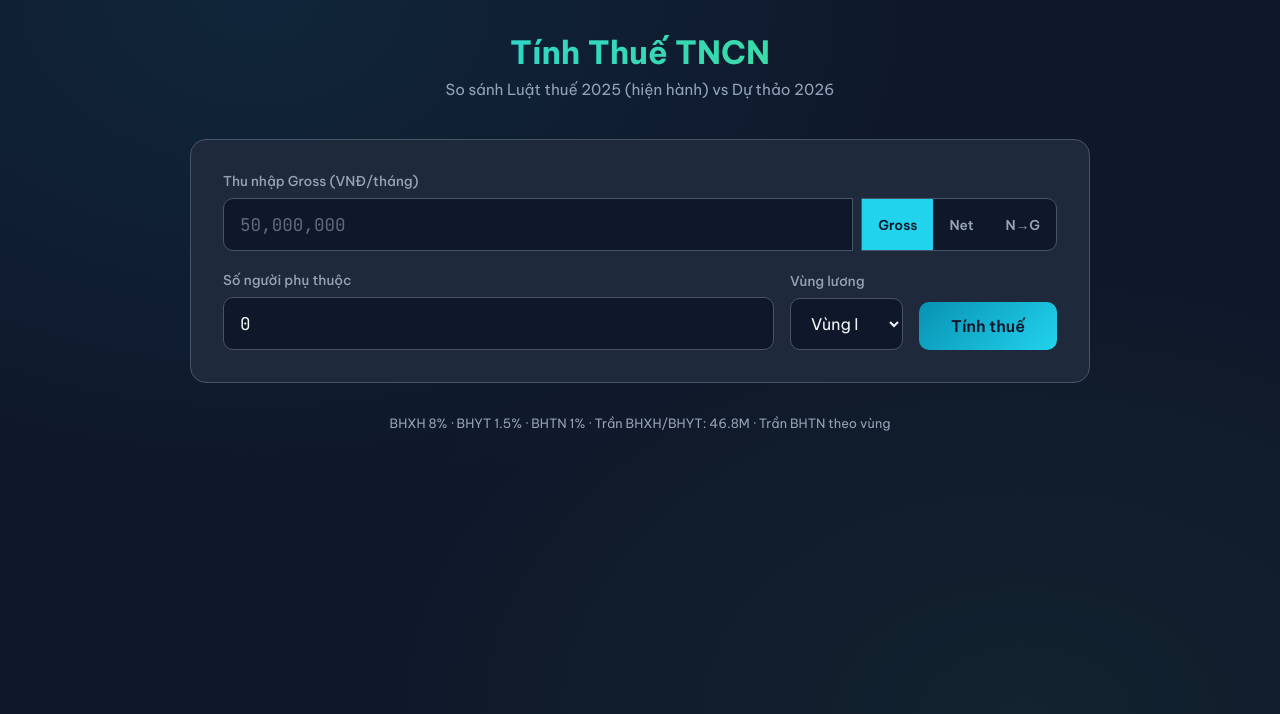
Repository: ph4n4n/vietnam-PIT
Page: index.html
These files come from the project's save history. The page is drawn as it stood at one moment and after the next save; the edit follows.
The browser window is 1280 px wide. The pictures show the whole page.

Above is the page before, as saved 2025-12-10 12:11:51.
Console error: TypeError: Cannot read properties of null (reading 'appendChild')

After the next save:
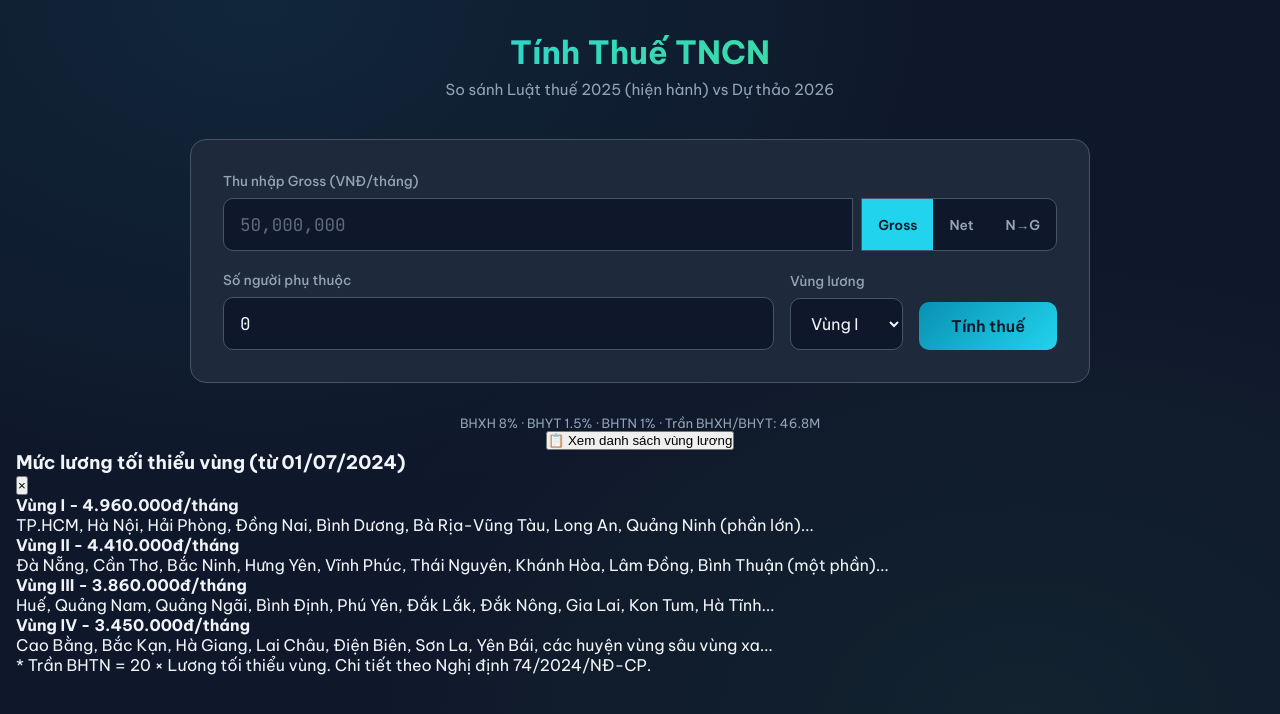
Saved 19 s later.
--- a/index.html
+++ b/index.html
@@ -86,8 +86,39 @@
     </section>
 
     <footer>
-      <p>BHXH 8% · BHYT 1.5% · BHTN 1% · Trần BHXH/BHYT: 46.8M · Trần BHTN theo vùng</p>
+      <p>BHXH 8% · BHYT 1.5% · BHTN 1% · Trần BHXH/BHYT: 46.8M</p>
+      <button class="btn-link" onclick="toggleRegionNote()">📋 Xem danh sách vùng lương</button>
     </footer>
+  </div>
+
+  <div class="modal" id="regionModal">
+    <div class="modal-content">
+      <div class="modal-header">
+        <h3>Mức lương tối thiểu vùng (từ 01/07/2024)</h3>
+        <button class="modal-close" onclick="toggleRegionNote()">×</button>
+      </div>
+      <div class="modal-body">
+        <div class="region-info">
+          <div class="region-card">
+            <h4>Vùng I - 4.960.000đ/tháng</h4>
+            <p>TP.HCM, Hà Nội, Hải Phòng, Đồng Nai, Bình Dương, Bà Rịa-Vũng Tàu, Long An, Quảng Ninh (phần lớn)...</p>
+          </div>
+          <div class="region-card">
+            <h4>Vùng II - 4.410.000đ/tháng</h4>
+            <p>Đà Nẵng, Cần Thơ, Bắc Ninh, Hưng Yên, Vĩnh Phúc, Thái Nguyên, Khánh Hòa, Lâm Đồng, Bình Thuận (một phần)...</p>
+          </div>
+          <div class="region-card">
+            <h4>Vùng III - 3.860.000đ/tháng</h4>
+            <p>Huế, Quảng Nam, Quảng Ngãi, Bình Định, Phú Yên, Đắk Lắk, Đắk Nông, Gia Lai, Kon Tum, Hà Tĩnh...</p>
+          </div>
+          <div class="region-card">
+            <h4>Vùng IV - 3.450.000đ/tháng</h4>
+            <p>Cao Bằng, Bắc Kạn, Hà Giang, Lai Châu, Điện Biên, Sơn La, Yên Bái, các huyện vùng sâu vùng xa...</p>
+          </div>
+        </div>
+        <p class="note">* Trần BHTN = 20 × Lương tối thiểu vùng. Chi tiết theo Nghị định 74/2024/NĐ-CP.</p>
+      </div>
+    </div>
   </div>
 
   <script src="app.js"></script>
